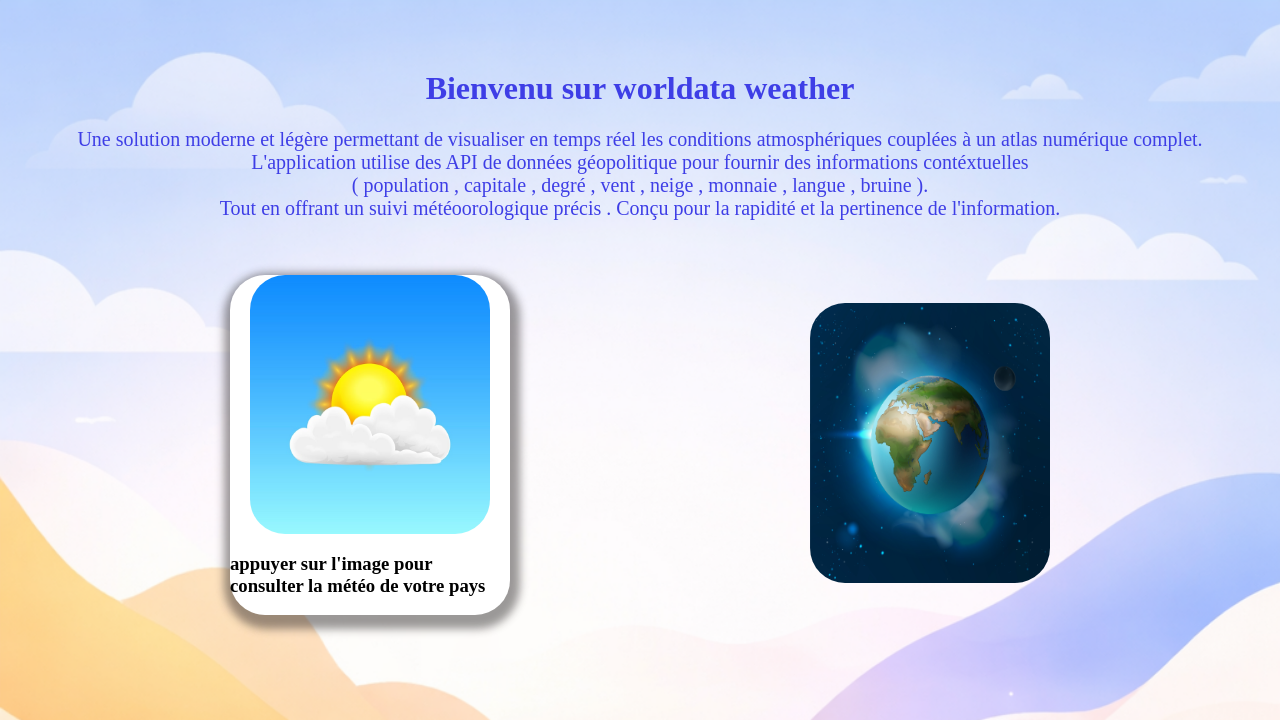
Repository: assanendao171/meteo
Page: index.html
An editor plug-in stored every save of this project. The page is shown before and after the next save, followed by the edit.
The browser window is 1280 px wide. The pictures show the whole page.

Above is the page before, as saved 2026-03-18 17:18:36.

After the next save:
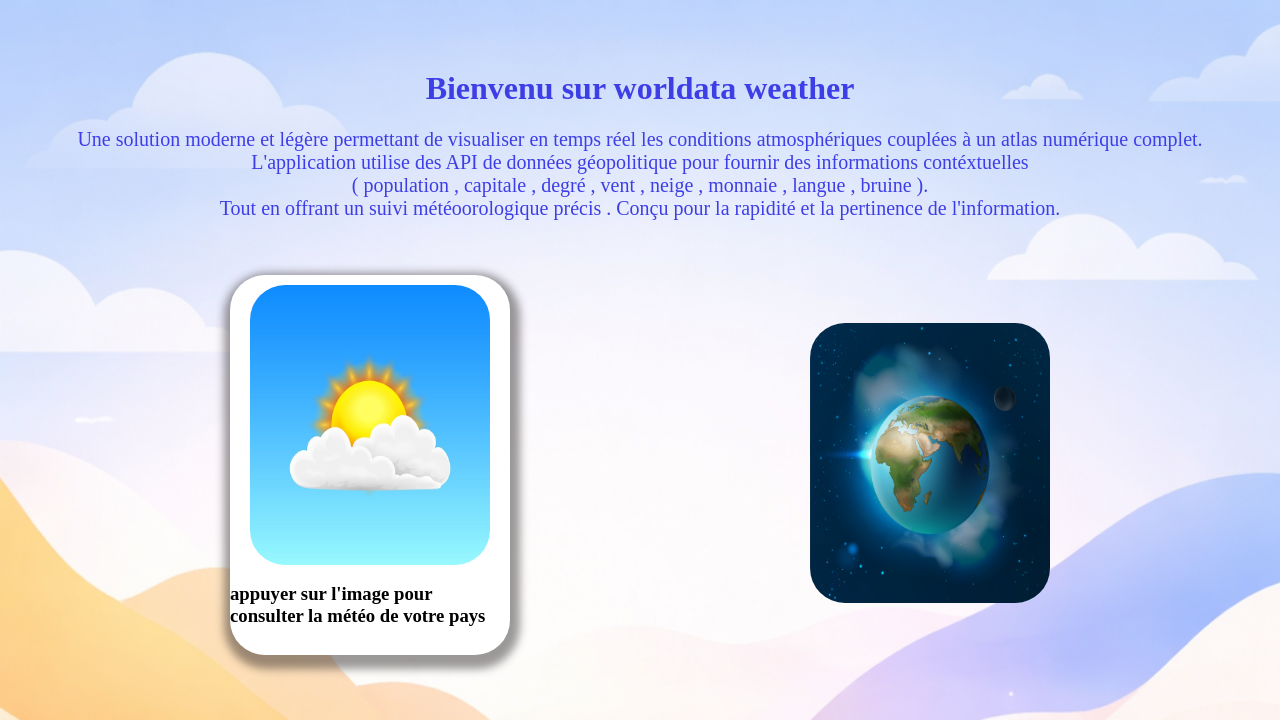
Saved 4 s later.
--- a/style.css
+++ b/style.css
@@ -34,7 +34,7 @@
 }
 #img1{
     width: 280px;
-    height: 340px;
+    height: 380px;
     background-color: white;
     display: flex;
     flex-direction: column;

After the 3 saves that followed:
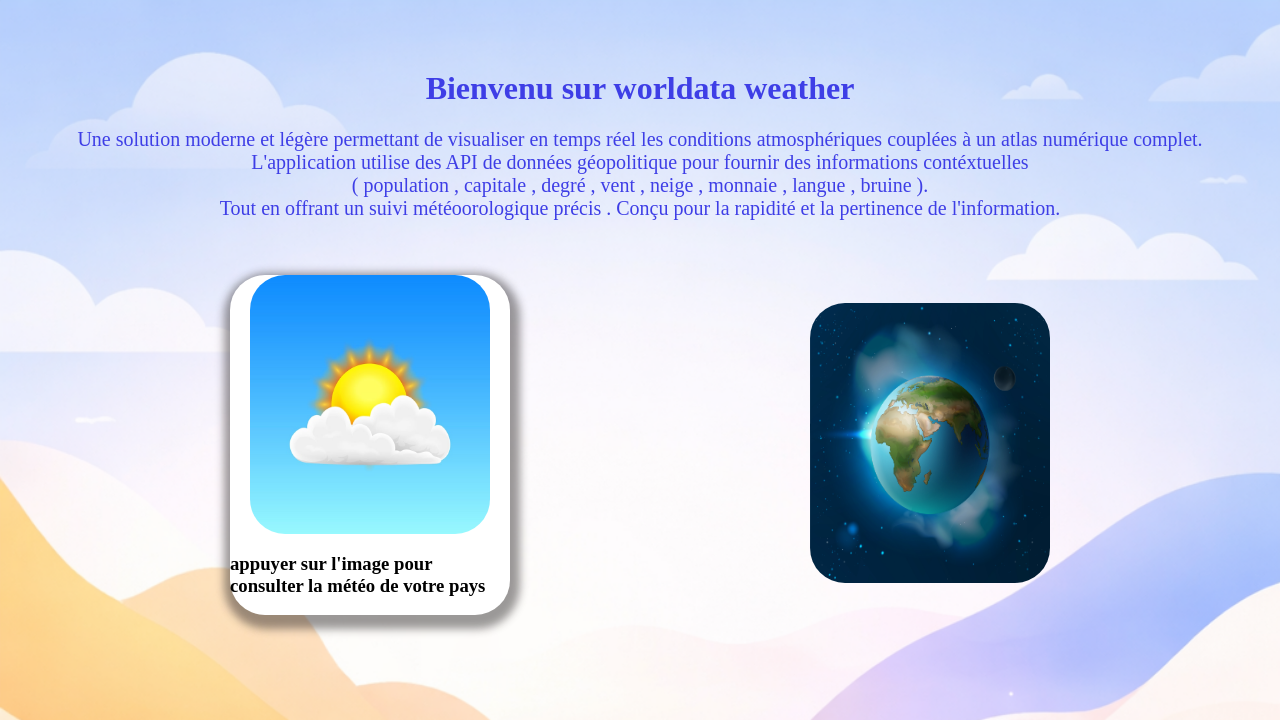
The 3 saves are shown as one change because they came seconds apart.
The last was saved 21 s later.
--- a/style.css
+++ b/style.css
@@ -34,7 +34,8 @@
 }
 #img1{
     width: 280px;
-    height: 380px;
+    height: 340px;
+    margin: ;
     background-color: white;
     display: flex;
     flex-direction: column;
